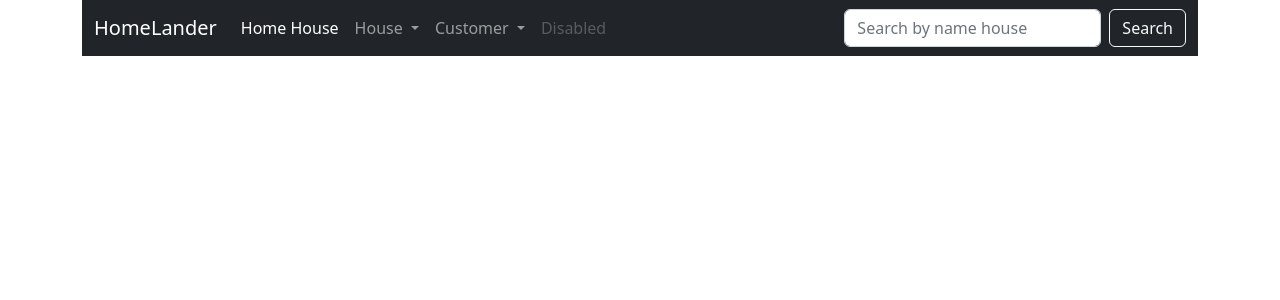
Repository: nguyenhung50497/MD3_caseStudy
Page: src/views/error/notfound.html
These files come from the project's save history. The page is drawn as it stood at one moment and after the next save; the edit follows.
The browser window is 1280 px wide. The pictures show the whole page.

Above is the page before, as saved 2023-01-03 20:16:31.

After the next save:
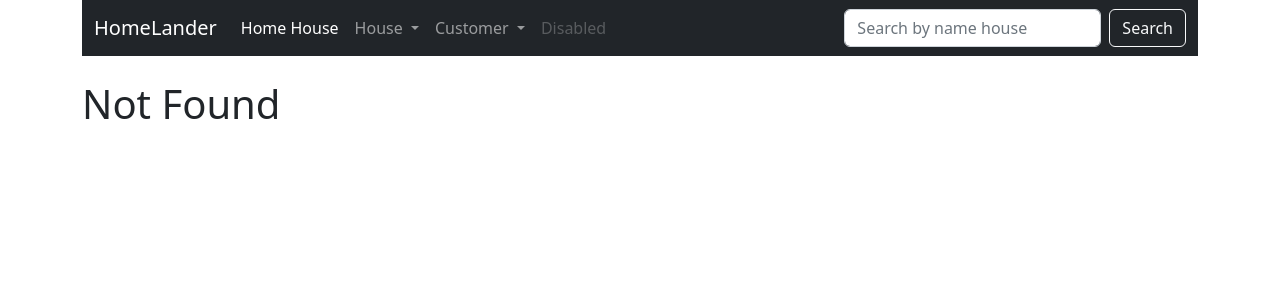
Saved 4 s later.
--- a/src/views/error/notfound.html
+++ b/src/views/error/notfound.html
@@ -54,7 +54,7 @@
         </div>
       </nav>
       <br>
-      <h1></h1>
+      <h1>Not Found</h1>
     </div>
     <script src="https://cdn.jsdelivr.net/npm/bootstrap@5.2.3/dist/js/bootstrap.bundle.min.js" integrity="sha384-kenU1KFdBIe4zVF0s0G1M5b4hcpxyD9F7jL+jjXkk+Q2h455rYXK/7HAuoJl+0I4" crossorigin="anonymous"></script>
   </body>
